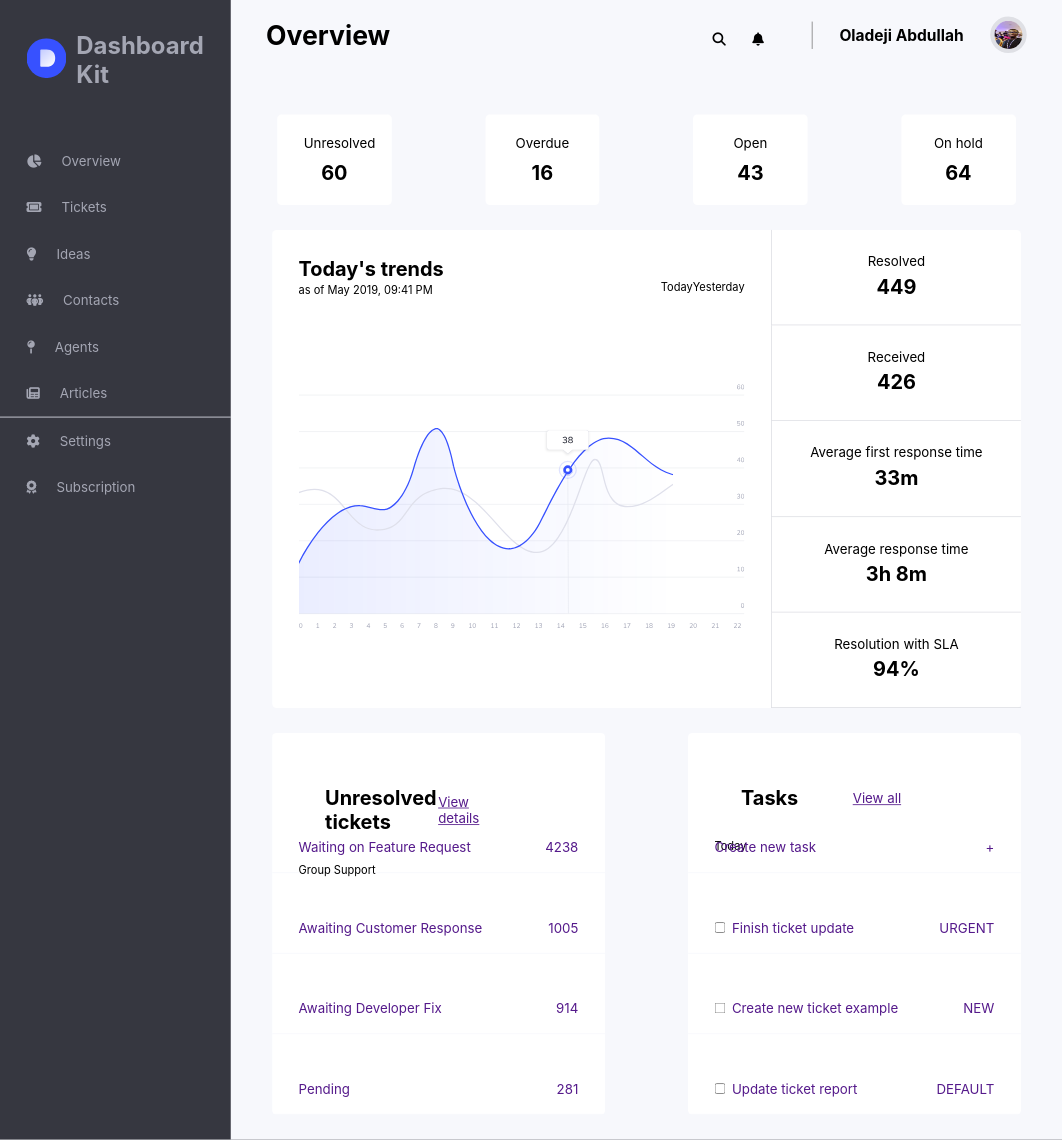
Repository: BuduCE/dashboard
Page: /
These files come from the project's save history. The page is drawn as it stood at one moment and after the next save; the edit follows.
The browser window is 1280 px wide. The pictures show the whole page, at 83% of full size.
Some web libraries are served in a nearby version. The project was rebuilt for these pictures with package versions that can differ from the ones it lists, and the page was loaded fresh each time. Also part of the build but not shown: src/pages/Tickets/index.jsx, src/components/common/Logo/styles.css.

Above is the page before, as saved 2022-08-06 00:23:41.

### public/index.html
<!DOCTYPE html>
<html lang="en">
  <head>
    <meta charset="utf-8" />
    <link rel="icon" href="%PUBLIC_URL%/favicon.ico" />
    <meta name="viewport" content="width=device-width, initial-scale=1" />
    <meta name="theme-color" content="#000000" />
    <meta
      name="description"
      content="Web site created using create-react-app"
    />
    <link rel="apple-touch-icon" href="%PUBLIC_URL%/logo192.png" />
    <!--
      manifest.json provides metadata used when your web app is installed on a
      user's mobile device or desktop. See https://developers.google.com/web/fundamentals/web-app-manifest/
    -->
    <link rel="manifest" href="%PUBLIC_URL%/manifest.json" />
    <!--
      Notice the use of %PUBLIC_URL% in the tags above.
      It will be replaced with the URL of the `public` folder during the build.
      Only files inside the `public` folder can be referenced from the HTML.

      Unlike "/favicon.ico" or "favicon.ico", "%PUBLIC_URL%/favicon.ico" will
      work correctly both with client-side routing and a non-root public URL.
      Learn how to configure a non-root public URL by running `npm run build`.
    -->

    <!-- Font-Awesome  -->
    <link
      rel="stylesheet" href="https://cdnjs.cloudflare.com/ajax/libs/font-awesome/6.1.1/css/all.min.css" integrity="sha512-KfkfwYDsLkIlwQp6LFnl8zNdLGxu9YAA1QvwINks4PhcElQSvqcyVLLD9aMhXd13uQjoXtEKNosOWaZqXgel0g==" crossorigin="anonymous" referrerpolicy="no-referrer"
    />
    <title>Admin Dashboard</title>
  </head>
  <body>
    <noscript>You need to enable JavaScript to run this app.</noscript>
    <div id="root"></div>
    <!--
      This HTML file is a template.
      If you open it directly in the browser, you will see an empty page.

      You can add webfonts, meta tags, or analytics to this file.
      The build step will place the bundled scripts into the <body> tag.

      To begin the development, run `npm start` or `yarn start`.
      To create a production bundle, use `npm run build` or `yarn build`.
    -->
  </body>
</html>

### src/index.css
* {
  margin: 0;
  padding: 0;
  box-sizing: border-box;
}
body {
  margin: 0;
  font-family: -apple-system, BlinkMacSystemFont, 'Segoe UI', 'Roboto', 'Oxygen',
    'Ubuntu', 'Cantarell', 'Fira Sans', 'Droid Sans', 'Helvetica Neue',
    sans-serif;
  -webkit-font-smoothing: antialiased;
  -moz-osx-font-smoothing: grayscale;
  background: rgba(54, 55, 64, 1);
}

code {
  font-family: source-code-pro, Menlo, Monaco, Consolas, 'Courier New',
    monospace;
}

### src/App.js
import './App.css';
// import Overview from './pages/Overview';
// import Header from './components/common/Header';
import Sidenav from './components/common/SideNav';
// import Login from './pages/Login';

function App() {
  return (
    <div className="App">
      <Sidenav />
      {/* <Login /> */}
    </div>
  );
}

export default App;

### src/components/common/SideNav/index.jsx
import React from 'react'
import Overview from '../../../pages/Overview'
import Tickets from '../../../pages/Tickets'
import Header from '../Header'
import Logo from '../Logo'
import './styles.css'

const Sidenav = () => {
  return (
    <div className='dashboard'>
        <div className="navbar">
            <div className="logo">
                <Logo />
                <h1>Dashboard Kit</h1>
            </div>
            <div className="heading">
                <i className='fas fa-chart-pie'></i>
                <p>Overview</p>
            </div>
            <div className="heading">
                <i className='fas fa-ticket'></i>
                <p>Tickets</p>
            </div>
            <div className="heading">
                <i className='fas fa-lightbulb'></i>
                <p>Ideas</p>
            </div>
            <div className="heading">
                <i className='fas fa-people-group'></i>
                <p>Contacts</p>
            </div>
            <div className="heading">
                <i className='fas fa-map-pin'></i>
                <p>Agents</p>
            </div>
            <div className="heading divider">
                <i className='fas fa-newspaper'></i>
                <p>Articles</p>
            </div>
            <div className="heading">
                <i className='fas fa-gear'></i>
                <p>Settings</p>
            </div>
            <div className="heading">
                <i className='fas fa-award'></i>
                <p>Subscription</p>
            </div>

        </div>
        <div className="info">
            {/* <Header /> */}
            <Overview />
            {/* <Tickets /> */}
        </div>
    </div>
  )
}

export default Sidenav

### src/pages/Overview/index.jsx
import React from 'react'
import './styles.css'
import TrendMap from './graph.svg'
import Header from '../../components/common/Header'

const Overview = () => {
  return (
    <>
        <Header />
        <div className='overview_pg'>
            {/* Specific status */}
            <div className="overview_stat">
                <div className="overview_info">
                    <p>Unresolved</p>
                    <h2>60</h2>
                </div>
                <div className="overview_info">
                    <p>Overdue</p>
                    <h2>16</h2>
                </div>
                <div className="overview_info">
                    <p>Open</p>
                    <h2>43</h2>
                </div>
                <div className="overview_info">
                    <p>On hold</p>
                    <h2>64</h2>
                </div>
            </div>

            {/* Today's trend */}
            <div className="trends">
                <div className="trends_head">
                    <div className="trends_headT">
                        <div className="trend_title">
                            <h2>Today's trends</h2>
                        </div>
                        <div className="trend_title_stat">
                            <div className="trend_date">
                                <small>as of May 2019, 09:41 PM</small>
                            </div>
                            <div className="trend_day">
                                <small>Today</small>
                                <small>Yesterday</small>
                            </div>
                        </div>
                    </div>

                    <div className="trends_headB">
                        <img src={TrendMap} alt="Trend Chart" />
                    </div>
                </div>

                <div className="trends_summary">
                    <div className="summary_type">
                        <p>Resolved</p>
                        <h2>449</h2>
                    </div>
                    <div className="summary_type">
                        <p>Received</p>
                        <h2>426</h2>
                    </div>
                    <div className="summary_type">
                        <p>Average first response time</p>
                        <h2>33m</h2>
                    </div>
                    <div className="summary_type">
                        <p>Average response time</p>
                        <h2>3h 8m</h2>
                    </div>
                    <div className="summary_type">
                        <p>Resolution with SLA</p>
                        <h2>94%</h2>
                    </div>
                </div>
            </div>

            <div className="ticket_n_task">
                <div className="ticket">
                    <div className="ticket_head">
                        <div className="ticket_title">
                            <h2>Unresolved tickets</h2>
                            <a href="">View details</a>
                        </div>
                        <small>Group Support</small>
                    </div>
                    <div className="ticket_list">
                        <a href="">
                            <p>Waiting on Feature Request</p>
                            <p>4238</p>
                        </a>
                        <a href="">
                            <p>Awaiting Customer Response</p>
                            <p>1005</p>
                        </a>
                        <a href="">
                            <p>Awaiting Developer Fix</p>
                            <p>914</p>
                        </a>
                        <a href="">
                            <p>Pending</p>
                            <p>281</p>
                        </a>
                    </div>
                </div>

                <div className="task">
                    <div className="ticket_head">
                        <div className="ticket_title">
                            <h2>Tasks</h2>
                            <a href="">View all</a>
                        </div>
                        <small>Today</small>
                    </div>

                    <div className="ticket_list">
                        <a href="">
                            <p>Create new task</p>
                            <p>+</p>
                        </a>
                        <a href="">
                            <div className='task_todo'>
                                <input type="checkbox" name="" id="" />
                                <label htmlFor="">Finish ticket update</label>
                            </div>

                            <p>URGENT</p>
                        </a>
                        <a href="">
                            <div className='task_todo'>
                                <input type="checkbox" name="" id="" />
                                <label htmlFor="">Create new ticket example</label>
                            </div>

                            <p>NEW</p>
                        </a>
                        <a href="">
                            <div className='task_todo'>
                                <input type="checkbox" name="" id="check" />
                                <label htmlFor="">Update ticket report</label>
                            </div>

                            <p>DEFAULT</p>
                        </a>
                    </div>
                </div>
            </div>
        </div>
    </>
  )
}

export default Overview

### src/components/common/Header/index.jsx
import React from 'react'
import './styles.css'
import budu from './budu.jpg'

const Header = () => {
  return (
    <div className='head_er'>
        <div className="headerL">
            <h1>Overview</h1>
        </div>
        <div className="headerR">
            <i className='fas fa-magnifying-glass icon'></i>
            <i className='fas fa-bell icon bell'></i>
            <h3>Oladeji Abdullah</h3>
            <img src={budu} alt="" />
        </div>
    </div>
  )
}

export default Header

### src/components/common/Logo/index.jsx
import React from 'react'
import companyLogo from './logo.svg'
import './styles.css'

const Logo = () => {
  return (
    <div className='logo_icon'>
        <img src={companyLogo} alt="" />
    </div>
  )
}

export default Logo

### src/components/common/SideNav/styles.css
.dashboard{
    display: grid;
    grid-template-columns: 1fr 5fr;
}
.navbar{
    padding: 37px 0;
    color: #A4A6B3;
}
.logo{
    display: flex;
    padding: 0 32px;
    padding-bottom: 59px;
    align-items: center;
}
.logo h1{
    margin-left: 12px;
    font-size: 1.8rem;
}
.heading{
    width: 100%;
    display: flex;
    padding: 18px 32px;
    align-items: center;
}
.heading p{
    margin-left: 24px;
}
.heading:hover{
    border-left: 1px solid #DDE2FF;
    color: #DDE2FF;
}
.info{
    background: #F7F8FC;
    /* height: 100vh; */
}
.divider{
    border-bottom: 1px solid #DFE0EB;
}

### src/pages/Overview/styles.css
.overview_pg{
    margin-top: 54px;
}
.overview_stat{
    display: grid;
    grid-template-columns: 1fr 1fr 1fr 1fr;
    /* justify-content: space-evenly; */
    width: 100%;
}
.overview_info{
    display: flex;
    flex-direction: column;
    text-align: center;
    /* border: 1px solid; */
    border-radius: 5px;
    padding: 24px 32px;
    background: #fff;
    box-shadow: 15px;
    width: 55%;
    margin: auto;
}
.overview_info:hover{
    color: blue;
    border: 1px blue solid;
}
.overview_info p{
    padding-bottom: 12px;
}

/* trend  */
.trends{
    width: 90%;
    background: #fff;
    margin: auto;
    border-radius: 5px;
    height: 80vh;
    margin-top: 30px;
    display: grid;
    grid-template-columns: 2fr 1fr;
    margin-top: 30px;
}
.trends_head{
    padding: 32px;
}
.trend_title_stat{
    display: flex;
    justify-content: space-between;
}
.trend_day{
    display: flex;
    justify-content: space-evenly;
}
.trends_headB img{
    width: 100%;
    margin-top: 54px;
    height: 55vh;
}

/* summary  */
.trends_summary{
    display: grid;
    grid-template-rows: 1fr 1fr 1fr 1fr 1fr;
}
.summary_type{
    padding: 28px;
    border-left: 1px solid #dfe0e5;
    border-bottom: 1px solid #dfe0e5;
    text-align: center;
}
.summary_type p{
    margin-bottom: 6px;
}

/* Tickets */
.ticket_n_task{
    display: grid;
    grid-template-columns: 1fr 1fr;
    width: 90%;
    margin: auto;
    margin-top: 30px;
    margin-bottom: 30px;
}
.ticket{
    margin-right: 50px;
}
.task{
    margin-left: 50px;
}
.ticket,.task{
    border-radius: 5px;
    background: #fff;
}
.ticket_head{
    padding: 32px;
    margin-bottom: 8px;
    width: 80%;
    height: 10vh;
}
.ticket_title{
    display: flex;
    justify-content: space-between;
    align-items: center;
}
.ticket_list a{
    text-decoration: none;
    display: flex;
    justify-content: space-between;
    align-items: center;
    padding: 20px 32px;
    border-bottom: 1px solid #F7F8FC;
    margin-top: 36px;
    align-items: center;
}
.task_todo{
    align-items: center;
}
.task_todo label{
    margin-left: 8px;
}

### src/pages/Tickets/styles.css
.ticket_pg{
    background: #fff;
    border-radius: 5px;
    height: 96vh;
    width: 95%;
    margin: auto;
    margin-top: 54px;
}
.ticket_title{
    display: flex;
    justify-content: space-between;
    padding: 32px;
}
.titleR, .titleR_icon{
    display: flex;
    justify-content: space-between;
    align-items: center;
    margin-left: 32px;
}
.titleR_icon p{
    margin-left: 8px;
}
/* .tab_head{
    display: grid;
    grid-template-columns: 3fr 2fr 2fr 1fr;
    margin: auto;
    padding: 0 77px 12px 31px;
    border-bottom: 1px solid #dfe0e5;
} */
.tab_info{
    display: grid;
    grid-template-columns: 3fr 2fr 2fr 1fr;
    margin: auto;
    padding: 24px 31px;
    border-bottom: 1px solid #dfe0e5;
}
.tab_info:hover{
    background: #F7F8FC;
}
.info_title{
    display: grid;
    grid-template-columns: 1fr 7fr;
}
.info_title img{
    width: 44px;
    height: 44px;
    border: 5px solid #dfe0e5;
    border-radius: 50%;
}
.ticket_tab{
    margin: auto;
}
.info_status{
    display: flex;
    /* grid-template-columns: 1fr 1fr; */
    justify-content: space-between;
    align-items: center;
}
.info_status button{
    padding: 5px 20px;
    border-radius: 40%;
    background: red;
    color: #fff;
    border: none;
}

### src/components/common/Header/styles.css
.head_er{
    display: flex;
    justify-content: space-between;
    width: 100%;
    height: 10vh;
    padding: 42px 43px;
    align-items: center;
}
.headerR{
    display: flex;
    justify-content: space-between;
    align-items: center;
}
.icon{
    width: 16px;
    height: 16px;
    padding: 5px 24px;
}
.bell{
    padding-right: 72px;
}
.headerR h3{
    padding: 5px 32px;
    border-left: 1px solid grey;
}
.headerR img{
    width: 44px;
    height: 44px;
    border-radius: 50%;
    border: 5px solid #dfe0e5;
}

Loaded but not shown: src/index.js (common file); src/reportWebVitals.js (common file); src/App.css (common file)

After the next save:
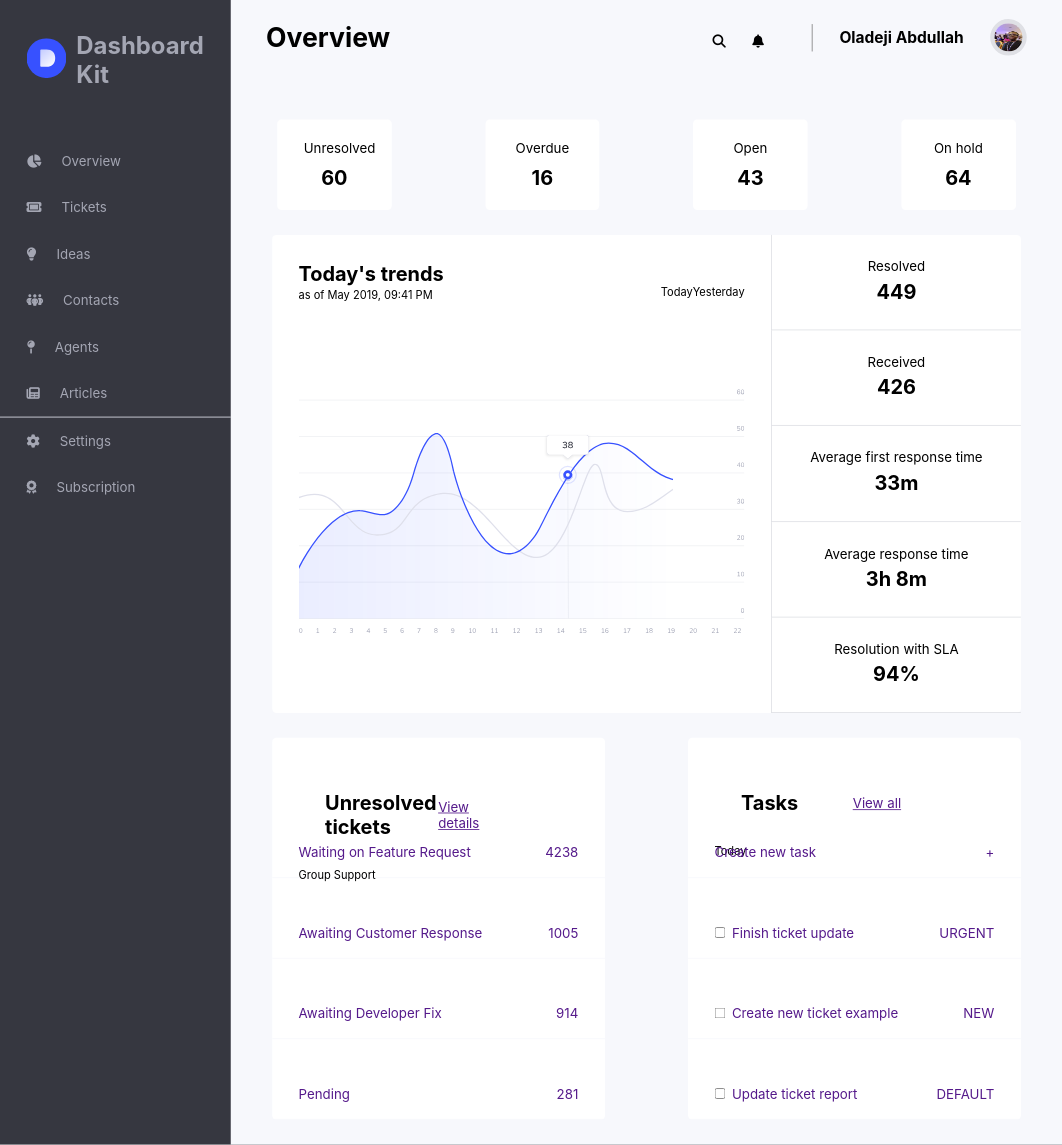
Saved 24 s later.
--- a/src/components/common/Header/styles.css
+++ b/src/components/common/Header/styles.css
@@ -3,7 +3,7 @@
     justify-content: space-between;
     width: 100%;
     height: 10vh;
-    padding: 42px 43px;
+    padding: 45px 43px;
     align-items: center;
 }
 .headerR{
